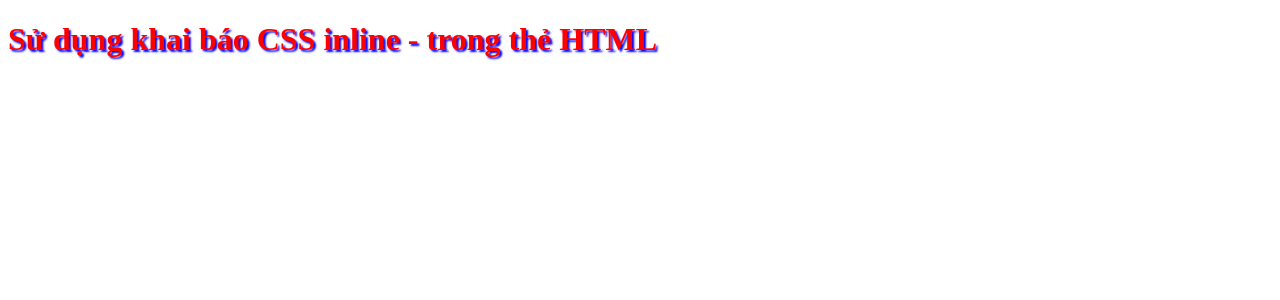
Repository: Pr-DuyTam/HTML-CSS-JS-PHP
Page: CSS/Bài Tập CSS/Bai1.html
An editor plug-in stored every save of this project. The page is shown before and after the next save, followed by the edit.
The browser window is 1280 px wide. The pictures show the whole page.

Above is the page before, as saved 2023-08-03 08:36:18.

### CSS/Bài Tập CSS/Bai1.html
<!DOCTYPE html>
<html lang="en">
<head>
    <meta charset="UTF-8">
    <meta name="viewport" content="width=device-width, initial-scale=1.0">
    <title>Bài tập 1</title>
    <style>
        h1{
            color: red;
            text-shadow: 2px 2px 2px blue; /*Tạo bóng cho chữ*/
        }
    </style>
</head>
<body>
    <h1 >
        Sử dụng khai báo CSS inline - trong thẻ HTML
    </h1>
</body>
</html>

After the next save:
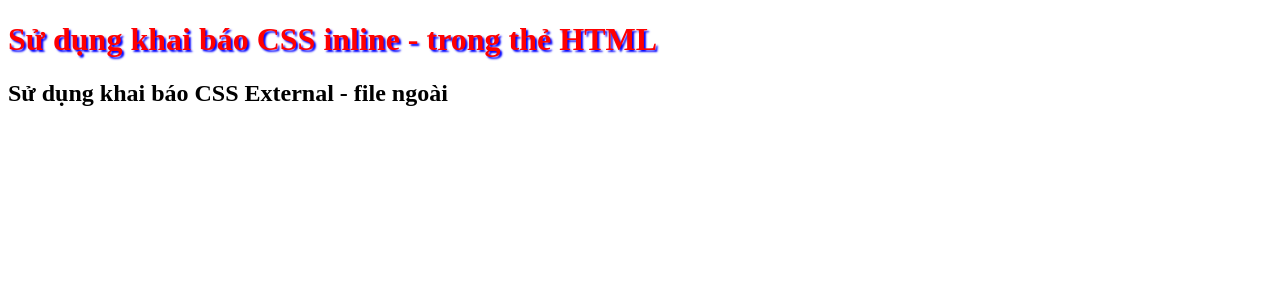
Saved 43 s later.
--- a/CSS/Bài Tập CSS/Bai1.html
+++ b/CSS/Bài Tập CSS/Bai1.html
@@ -15,5 +15,6 @@
     <h1 >
         Sử dụng khai báo CSS inline - trong thẻ HTML
     </h1>
+    <h2>Sử dụng khai báo CSS External - file ngoài</h2>
 </body>
 </html>
